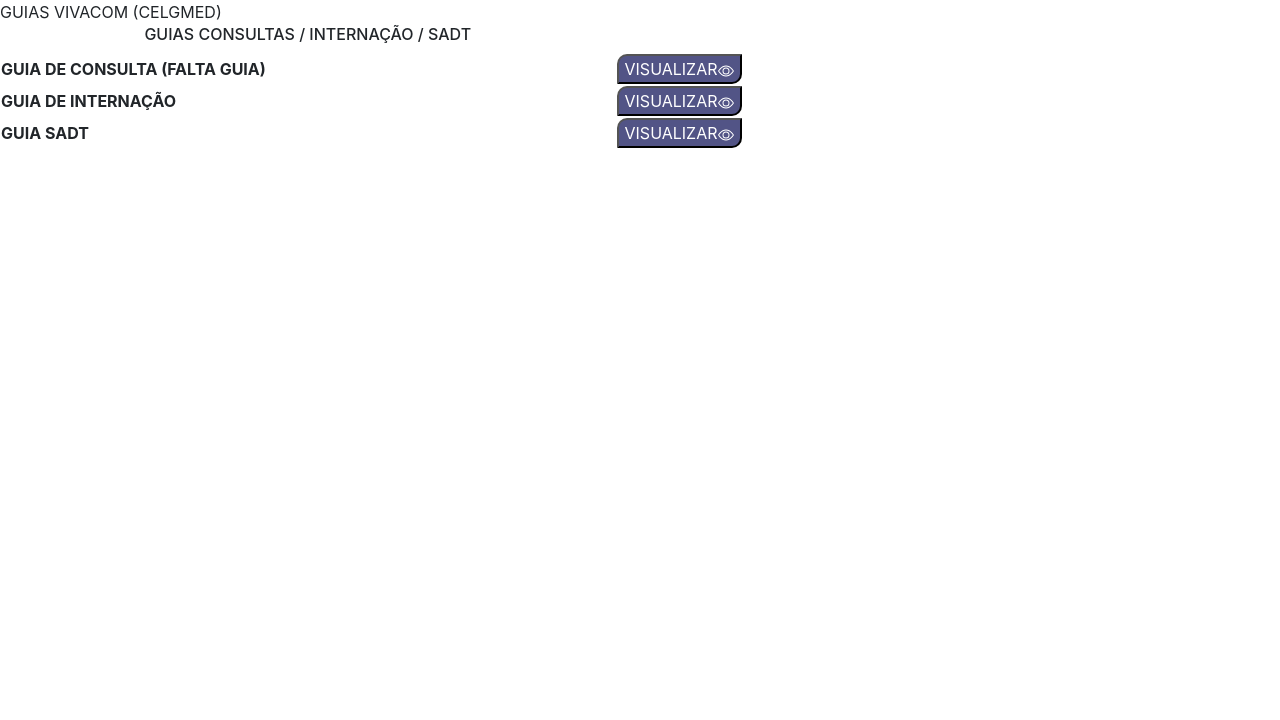
Repository: Leandromarim/INTRANET_PARTICULAR
Page: guiasVivacom.html
An editor plug-in stored every save of this project. The page is shown before and after the next save, followed by the edit.
The browser window is 1280 px wide. The pictures show the whole page.
Pictures or frames that could not be fetched are drawn as grey boxes.

Above is the page before, as saved 2022-01-25 08:59:59.
Not found: ajax.js

After the next save:
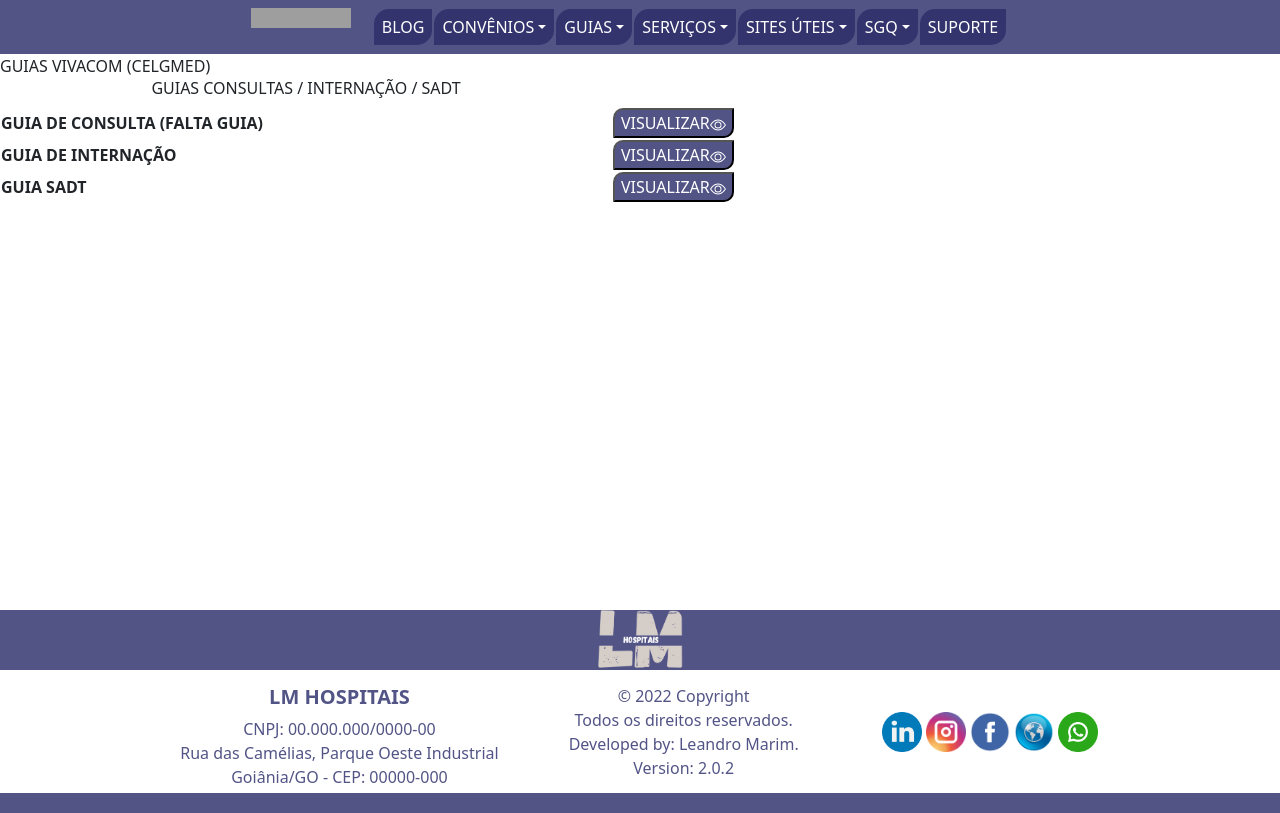
Saved 3 min 19 s later.
--- a/guiasVivacom.html
+++ b/guiasVivacom.html
@@ -8,11 +8,10 @@
     <link rel="stylesheet" href="./assets/css/bootstrap-grid.css" />
     <link rel="stylesheet" href="./assets/css/bootstrap-grid.min.css" />
     <link rel="stylesheet" href="./assets/css/bootstrap.css" />
-    <link rel="stylesheet" href="./assets/css/bootstrap.css" />
     <link rel="stylesheet" href="./assets/css/tables.css" />
     <link rel="stylesheet" href="./assets/css/body.css" />
-    <link rel="stylesheet" href="https://stackpath.bootstrapcdn.com/bootstrap/4.1.3/css/bootstrap.min.css" integrity="sha384-MCw98/SFnGE8fJT3GXwEOngsV7Zt27NXFoaoApmYm81iuXoPkFOJwJ8ERdknLPMO" crossorigin="anonymous" />
-    <link rel="icon" href="./image/ico/ico_ha.ico" />
+    <link href="https://cdn.jsdelivr.net/npm/bootstrap@5.1.3/dist/css/bootstrap.min.css" rel="stylesheet" integrity="sha384-1BmE4kWBq78iYhFldvKuhfTAU6auU8tT94WrHftjDbrCEXSU1oBoqyl2QvZ6jIW3" crossorigin="anonymous">
+    <link rel="icon" href="./image/ico/ico_aba_ha.ico" />
     <title>Intranet 2.0</title>
 </head>
 
@@ -31,22 +30,22 @@
                 </thead>
                 <tbody class="col-sm-6 col-lg-8">
                     <tr>
-                        <th class="titulo">GUIA DE CONSULTA           (FALTA GUIA)</th>
-                        <td><a href="#" target="self"><button type="button" class="btn-visualizar">VISUALIZAR<svg xmlns="http://www.w3.org/2000/svg" width="16" height="16" fill="currentColor" class="bi bi-eye" viewBox="0 0 16 16">
+                        <th class="titulo">GUIA DE CONSULTA (FALTA GUIA)</th>
+                        <td><a href="#" target="_black"><button type="button" class="btn-visualizar">VISUALIZAR<svg xmlns="http://www.w3.org/2000/svg" width="16" height="16" fill="currentColor" class="bi bi-eye" viewBox="0 0 16 16">
                     <path d="M16 8s-3-5.5-8-5.5S0 8 0 8s3 5.5 8 5.5S16 8 16 8zM1.173 8a13.133 13.133 0 0 1 1.66-2.043C4.12 4.668 5.88 3.5 8 3.5c2.12 0 3.879 1.168 5.168 2.457A13.133 13.133 0 0 1 14.828 8c-.058.087-.122.183-.195.288-.335.48-.83 1.12-1.465 1.755C11.879 11.332 10.119 12.5 8 12.5c-2.12 0-3.879-1.168-5.168-2.457A13.134 13.134 0 0 1 1.172 8z"/>
                     <path d="M8 5.5a2.5 2.5 0 1 0 0 5 2.5 2.5 0 0 0 0-5zM4.5 8a3.5 3.5 0 1 1 7 0 3.5 3.5 0 0 1-7 0z"/>
                   </svg></button></a></td>
                     </tr>
                     <tr>
                         <th class="titulo">GUIA DE INTERNAÇÃO</th>
-                        <td><a href="doc/guias/celgmed_internacao.pdf "target="self"><button type="button" class="btn-visualizar">VISUALIZAR<svg xmlns="http://www.w3.org/2000/svg" width="16" height="16" fill="currentColor" class="bi bi-eye" viewBox="0 0 16 16">
+                        <td><a href="./doc/guias/celgmed_internacao.pdf " target="_black"><button type="button" class="btn-visualizar">VISUALIZAR<svg xmlns="http://www.w3.org/2000/svg" width="16" height="16" fill="currentColor" class="bi bi-eye" viewBox="0 0 16 16">
                     <path d="M16 8s-3-5.5-8-5.5S0 8 0 8s3 5.5 8 5.5S16 8 16 8zM1.173 8a13.133 13.133 0 0 1 1.66-2.043C4.12 4.668 5.88 3.5 8 3.5c2.12 0 3.879 1.168 5.168 2.457A13.133 13.133 0 0 1 14.828 8c-.058.087-.122.183-.195.288-.335.48-.83 1.12-1.465 1.755C11.879 11.332 10.119 12.5 8 12.5c-2.12 0-3.879-1.168-5.168-2.457A13.134 13.134 0 0 1 1.172 8z"/>
                     <path d="M8 5.5a2.5 2.5 0 1 0 0 5 2.5 2.5 0 0 0 0-5zM4.5 8a3.5 3.5 0 1 1 7 0 3.5 3.5 0 0 1-7 0z"/>
                   </svg></button></a></td>
                     </tr>
                     <tr>
                         <th class="titulo">GUIA SADT</th>
-                        <td><a href="doc/guias/celgmed_sadt.pdf" target="self"><button type="button" class="btn-visualizar">VISUALIZAR<svg xmlns="http://www.w3.org/2000/svg" width="16" height="16" fill="currentColor" class="bi bi-eye" viewBox="0 0 16 16">
+                        <td><a href="./doc/guias/celgmed_sadt.pdf" target="_black"><button type="button" class="btn-visualizar">VISUALIZAR<svg xmlns="http://www.w3.org/2000/svg" width="16" height="16" fill="currentColor" class="bi bi-eye" viewBox="0 0 16 16">
                     <path d="M16 8s-3-5.5-8-5.5S0 8 0 8s3 5.5 8 5.5S16 8 16 8zM1.173 8a13.133 13.133 0 0 1 1.66-2.043C4.12 4.668 5.88 3.5 8 3.5c2.12 0 3.879 1.168 5.168 2.457A13.133 13.133 0 0 1 14.828 8c-.058.087-.122.183-.195.288-.335.48-.83 1.12-1.465 1.755C11.879 11.332 10.119 12.5 8 12.5c-2.12 0-3.879-1.168-5.168-2.457A13.134 13.134 0 0 1 1.172 8z"/>
                     <path d="M8 5.5a2.5 2.5 0 1 0 0 5 2.5 2.5 0 0 0 0-5zM4.5 8a3.5 3.5 0 1 1 7 0 3.5 3.5 0 0 1-7 0z"/>
                   </svg></button></a></td>
@@ -54,11 +53,11 @@
                 </tbody>
             </table>
         </div>
-        <br><br><br><br><br><br><br><br><br>
+        <br><br><br><br><br><br><br><br><br><br><br><br><br><br><br><br><br>
     </main>
     <footer id="mainfooter"></footer>
 </body>
-<script src="assets/js/bootstrap.js"></script>
-<script src="ajax.js"></script>
+<script src="./assets/js/bootstrap.js"></script>
+<script src="./assets/js/ajax_pages.js"></script>
 
 </html>
